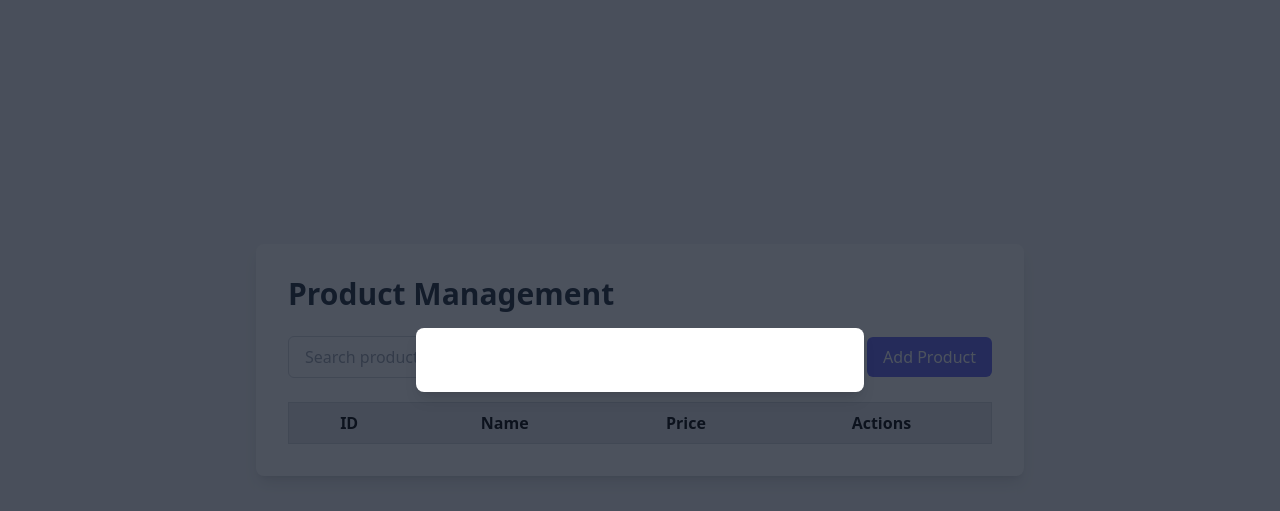
Repository: shaafsalman/product-Management-MERN
Page: /home (app in frontend/), after clicking the first element matching `button.rounded-md`
The author's editor kept a copy of each file at every save. The page is drawn from the files as they stood at one save, then again after the next save.
The browser window is 1280 px wide. The pictures show the whole page.
The page's requests for data from a server got no answer. The project was rebuilt for these pictures with package versions that can differ from the ones it lists, and the page was loaded fresh each time. No one was signed in, and anything a server would have sent is missing. Also part of the build but not shown: frontend/vite.config.js, frontend/src/Cards/mesgCard.jsx, frontend/src/Pages/Login.jsx, frontend/src/Pages/SighnUp.jsx, frontend/src/Pages/NoPage.jsx.

Above is the page before, as saved 2024-05-14 01:39:38.

After the next save:
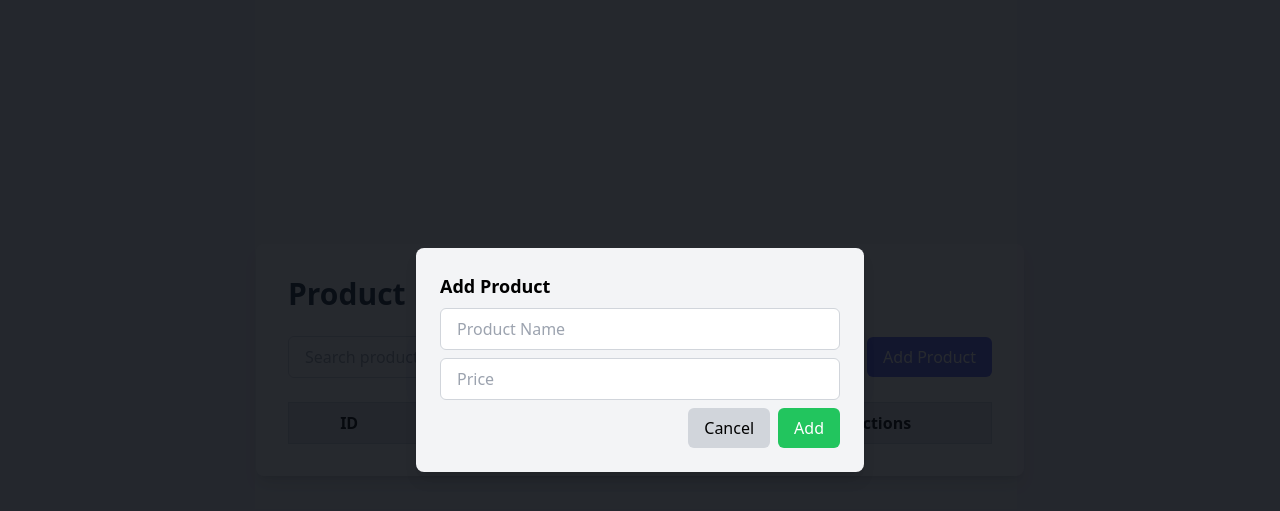
Saved 12 s later.
--- a/frontend/src/Pages/Home.jsx
+++ b/frontend/src/Pages/Home.jsx
@@ -94,7 +94,7 @@ const Home = () => {
       {showAddProduct && (
         <div className="fixed top-0 left-0 w-full h-full bg-gray-900 bg-opacity-75 flex justify-center items-center">
           <div className="max-w-md w-full bg-white shadow-lg rounded-lg p-8">
-            {/* Add product form component goes here */}
+          {showAddProduct && <AddProduct onClose={toggleAddProduct} onAdd={handleAddProduct} />}
           </div>
         </div>
       )}
